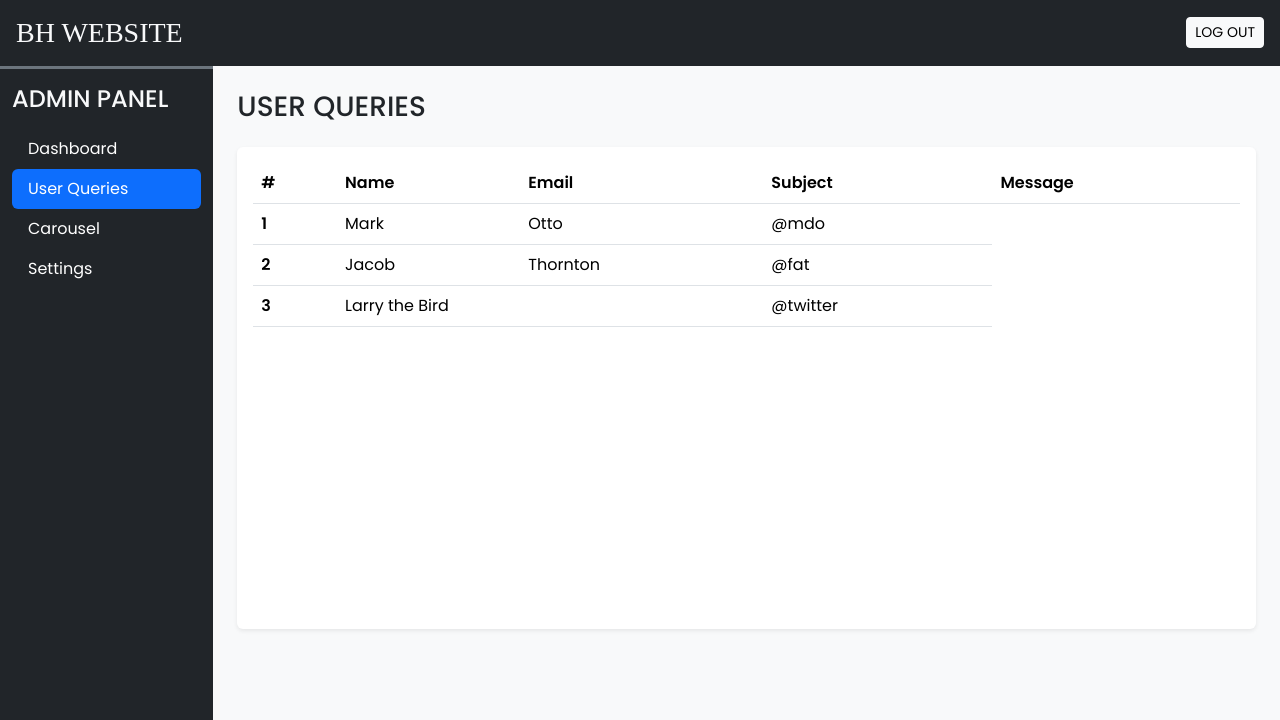
Repository: ntruong0906/desktop-tutorial
Page: http://localhost/hbwebsite/WebsiteBookingHotel/admin/user_queries.php
The author's editor kept a copy of each file at every save. The page is drawn from the files as they stood at one save, then again after the next save.
The browser window is 1280 px wide. The pictures show the whole page.
Some web fonts or font styles are not loaded; a fallback is used. The page is run by PHP 8.4 with error messages shown; the project is at /var/www/html/. The session is filled in as if someone had signed in: {"adminLogin": true, "adminId": 1}. Other server files are loaded and not shown.

Above is the page before, as saved 2024-05-06 22:47:48.

### WebsiteBookingHotel/admin/user_queries.php
<?php
require ('inc/essentials.php');
require ('inc/db_config.php');
adminLogin();

?>

<!DOCTYPE html>
<html lang="en">

<head>
    <meta charset="UTF-8">
    <meta http-equiv="X-UA-Compatible" content="IE-edge">
    <meta name="viewport" content="width=device-width, initial-scale=1.0">
    <title>Admin Panel - User Queries</title>
    <?php require ('inc/links.php'); ?>
</head>
<style>
.custom-alert {
    position: fixed;
    top: 80px;
    right: 25px;
}

#dashboard-menu {
    position: fixed;
    height: 100%;
}
</style>

<body class="bg-light">

    <?php require ('inc/header.php'); ?>

    <div class="container-fluid" id="main-content">
        <div class="row">
            <div class="col-lg-10 ms-auto p-4 overflow-hidden">
                <h3 class="mb-4">USER QUERIES</h3>

                <!--Carousel section -->
                <div class="card border-0 shadow-sm mb-4">
                    <div class="card-body">
                        <div class="table-responsive-md " style="height: 450px; overflow-y: scroll; ">
                            <table class="table table-hover">
                                <thead class="sticky-top">
                                    <tr class="bg-dark text-light">
                                        <th scope="col">#</th>
                                        <th scope="col">Name</th>
                                        <th scope="col">Email</th>
                                        <th scope="col">Subject</th>
                                        <th scope="col">Message</th>
                                    </tr>
                                </thead>
                                <tbody>
                                    <tr>
                                        <th scope="row">1</th>
                                        <td>Mark</td>
                                        <td>Otto</td>
                                        <td>@mdo</td>
                                    </tr>
                                    <tr>
                                        <th scope="row">2</th>
                                        <td>Jacob</td>
                                        <td>Thornton</td>
                                        <td>@fat</td>
                                    </tr>
                                    <tr>
                                        <th scope="row">3</th>
                                        <td colspan="2">Larry the Bird</td>
                                        <td>@twitter</td>
                                    </tr>
                                </tbody>
                            </table>
                        </div>
                    </div>
                </div>
            </div>
        </div>
    </div>

    <?php require ('inc/scripts.php'); ?>
</body>

</html>

### WebsiteBookingHotel/admin/inc/essentials.php
<?php

define ('SITE_URL','http://127.0.0.1/hbwebsite/');
define ('ABOUT_IMG_PATH',SITE_URL.'images/about/');
define ('CAROUSEL_IMG_PATH',SITE_URL.'images/carousel/');



define ('UPLOAD_IMAGE_PATH',$_SERVER['DOCUMENT_ROOT'].'/hbwebsite/images/');
define ('ABOUT_FOLDER','about/');
define ('CAROUSEL_FOLDER','carousel/');
function adminLogin()
{
    session_start();
    if (!isset($_SESSION['adminLogin']) && $_SESSION['adminLogin'] == true) {
        echo "<script>
            window.location.href='index.php';
        </script>";
    }

}
function redirect($url)
{
    echo "<script>
            window.location.href='$url';
        </script>";
}

function alert($type, $msg)
{
    $bs_class = ($type == "success") ? "alert-success" : "alert-danger";
    echo <<<alert
                <div class="alert $bs_class alert-dismissible fade show custom-alert" role="alert">
                    <strong class="me-3">$msg</strong>
                    <button type="button" class="btn-close" data-bs-dismiss="alert" aria-label="Close"></button>
                </div>
            alert;
}

function uploadImage($image,$folder){
    $valid_mime = ['image/jpeg','image/pnp','image/webp'];
    $img_mime = $image['type'];
    if(!in_array($img_mime,$valid_mime)){
        return 'ivn_img';
    }else if(($image['size']/(1024*1024))> 2){
        return 'ivn_size';
    }else{
        $ext = pathinfo($image['name'],PATHINFO_EXTENSION);
        $rname = 'IMG_'.random_int(11111,99999).".$ext";
        $img_path = UPLOAD_IMAGE_PATH.$folder.$rname;
        if(move_uploaded_file($image['tmp_name'],$img_path)){
            return $rname;
        }
        else{
            return 'udp_failed';
        }
    }
}


function deleteImage($image , $folder){
    if(unlink(UPLOAD_IMAGE_PATH.$folder.$image)){
        return true;
    }else{
        return false;
    }
}
?>

### WebsiteBookingHotel/admin/inc/db_config.php
<?php
$hname = 'localhost';
$uname = 'root';
$pass = "";
$db = "hbwebsite";

$con = mysqli_connect($hname, $uname, $pass, $db);

if (!$con) {
    die("Cannot Connect to Database" . mysqli_connect_error());
}

function filteration($data)
{
    foreach ($data as $key => $value) {
        $value = trim($value);
        $value = stripcslashes($value);
        $value = strip_tags($value);
        $value = htmlspecialchars($value);
        $data[$key] = $value;
    }
    return $data;
}

function selectAll($table){
    $con = $GLOBALS['con'];
    $res = mysqli_query($con,"SELECT * FROM $table");
    return $res;
}
function select($sql, $values, $datatype)
{
    $con = $GLOBALS['con'];
    if ($stmt = mysqli_prepare($con, $sql)) {
        mysqli_stmt_bind_param($stmt, $datatype,...$values);
        if (mysqli_stmt_execute($stmt)) {
            $res = mysqli_stmt_get_result($stmt);
            mysqli_stmt_close($stmt);
            return $res;
        } else {
            mysqli_stmt_close($stmt);
            die("Query cannot be excuted - Select");
        }
    } else {
        die("Query cannot be executed - Select");
    }
}

function update($sql, $values, $datatypes)
{
    $con = $GLOBALS['con'];
    if ($stmt = mysqli_prepare($con, $sql)) {
        mysqli_stmt_bind_param($stmt, $datatypes,...$values);
        if (mysqli_stmt_execute($stmt)) {
            $res = mysqli_stmt_affected_rows($stmt);
            mysqli_stmt_close($stmt);
            return $res;
        } else {
            mysqli_stmt_close($stmt);
            die("Query cannot be executed - Update");
        }
    } else {
        die("Query cannot be executed - Update");
    }
}

function insert($sql, $values, $datatypes)
{
    $con = $GLOBALS['con'];
    if ($stmt = mysqli_prepare($con, $sql)) {
        mysqli_stmt_bind_param($stmt, $datatypes,...$values);
        if (mysqli_stmt_execute($stmt)) {
            $res = mysqli_stmt_affected_rows($stmt);
            mysqli_stmt_close($stmt);
            return $res;
        } else {
            mysqli_stmt_close($stmt);
            die("Query cannot be executed - Insert");
        }
    } else {
        die("Query cannot be executed - Insert");
    }
}

function delete($sql, $values, $datatypes)
{
    $con = $GLOBALS['con'];
    if ($stmt = mysqli_prepare($con, $sql)) {
        mysqli_stmt_bind_param($stmt, $datatypes,...$values);
        if (mysqli_stmt_execute($stmt)) {
            $res = mysqli_stmt_affected_rows($stmt);
            mysqli_stmt_close($stmt);
            return $res;
        } else {
            mysqli_stmt_close($stmt);
            die("Query cannot be executed - Delete");
        }
    } else {
        die("Query cannot be executed - Delete");
    }
}
?>

### WebsiteBookingHotel/admin/inc/links.php
<link href="https://cdn.jsdelivr.net/npm/bootstrap@5.3.3/dist/css/bootstrap.min.css" rel="stylesheet"
    integrity="sha384-QWTKZyjpPEjISv5WaRU9OFeRpok6YctnYmDr5pNlyT2bRjXh0JMhjY6hW+ALEwIH" crossorigin="anonymous">
<link href="https://fonts.googleapis.com/css2?family=Merienda:wght@400;700&family=Poppins:wght@400;500;600&display=swap"
    rel="stylesheet">
<link rel="stylesheet" href="https://cdn.jsdelivr.net/npm/bootstrap-icons@1.11.3/font/bootstrap-icons.min.css">
<link rel="stylesheet" href="css/common.css">

### WebsiteBookingHotel/admin/inc/header.php
<div class="container-fluid bg-dark text-light p-3 d-flex align-items-center justify-content-between sticky-top">
    <h3 class="mb-0 h-font">BH WEBSITE</h3>
    <a href="logout.php" class="btn btn-light btn-sm">LOG OUT</a>
</div>

<div class="col-lg-2 bg-dark border-top border-3 border-secondary " id="dashboard-menu">
    <nav class="navbar navbar-expand-lg navbar-dark">
        <div class="container-fluid flex-lg-column align-items-stretch">
            <h4 class="mt-2 text-light">ADMIN PANEL</h4>
            <button class="navbar-toggler shadow-none" type="button" data-bs-toggle="collapse"
                data-bs-target="#adminDropdown" aria-controls="navbarNav" aria-expanded="false"
                aria-label="Toggle navigation">
                <span class="navbar-toggler-icon"></span>
            </button>
            <div class="collapse navbar-collapse flex-column align-items-stretch mt-2" id="adminDropdown">

                <ul class="nav nav-pills flex-column">
                    <li class="nav-item">
                        <a class="nav-link text-white" href="dashboard.php">Dashboard</a>
                    </li>
                    <li class="nav-item">
                        <a class="nav-link text-white" href="user_queries.php">User Queries</a>
                    </li>
                    <li class="nav-item">
                        <a class="nav-link text-white" href="carousel.php">Carousel</a>
                    </li>
                    <li class="nav-item">
                        <a class="nav-link text-white" href="settings.php
                            ">Settings</a>
                    </li>
                </ul>
            </div>
        </div>
        <nav>
</div>

### WebsiteBookingHotel/admin/inc/scripts.php
<script src="https://cdn.jsdelivr.net/npm/bootstrap@5.3.3/dist/js/bootstrap.bundle.min.js"
    integrity="sha384-YvpcrYf0tY3lHB60NNkmXc5s9fDVZLESaAA55NDzOxhy9GkcIdslK1eN7N6jIeHz" crossorigin="anonymous">
</script>

<script>
function alert(type, msg) {
    let bs_class = (type == 'success') ? 'alert-success' : 'alert-danger';
    let element = document.createElement('div');
    element.innerHTML = `
                <div class="alert ${bs_class} alert-dismissible fade show custom-alert" role="alert">
                        <strong class="me-3">${msg}</strong>
                        <button type="button" class="btn-close" data-bs-dismiss="alert" aria-label="Close"></button>
                </div>
                `;
    document.body.append(element);
}

function setActive() {
    let navbar = document.getElementById('dashboard-menu');
    let a_tags = navbar.getElementsByTagName('a');
    for (i = 0; i < a_tags.length; i++) {
        let file = a_tags[i].href.split('/').pop();
        let file_name = file.split('.')[0];
        if (document.location.href.indexOf(file_name) >= 0) {
            a_tags[i].classList.add('active')
        }
    }
}
setActive();
</script>

### WebsiteBookingHotel/admin/css/common.css
:root{
    --teal: #2ec1ac;
    --teal_hover: #279e8c;
}

* {
    font-family: 'Poppins', sans-serif;
}

.h-font {
    font-family: 'Merienda', cursive;
}

input::-webkit-outer-spin-button,
input::-webkit-inner-spin-button {
    -webkit-appearance: none;
    margin: 0;
}

/* input[type=number] {
    -moz-appearance: textfield;
} */

.custom-bg {
    background-color: var(--teal);
    border: 1px solid var(--teal);
}

.custom-bg:hover {
    background-color: var(--teal_hover);
    border-color: var(--teal_hover);
}

.availability-form {
    margin-top: -50px;
    z-index: 2;
    position: relative;
}
.h-line{
    width: 150px ;
    margin: 0 auto;
    height: 1.7px;
}

.custom-alert{
    position: fixed;
    top: 80px;
    right: 25px;
}
#dashboard-menu{
    position:fixed;
    height: 100%;
    z-index: 11;
}

@media screen and (max-width :991px){
    #dashboard-menu{
        height: auto;
        width: 100%;
    }
    #main-content{
        margin-top: 60px;
    }
}

After the next save:
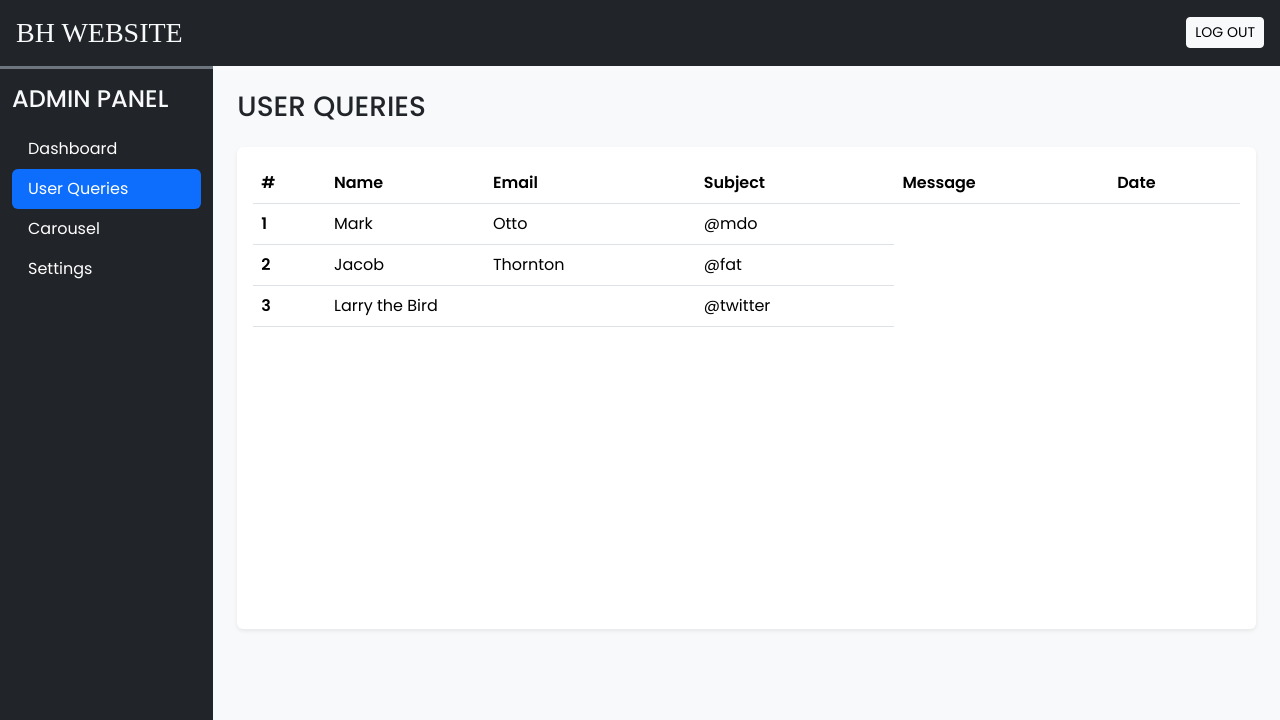
Saved 3 min 12 s later.
--- a/WebsiteBookingHotel/admin/user_queries.php
+++ b/WebsiteBookingHotel/admin/user_queries.php
@@ -49,6 +49,7 @@ adminLogin();
                                         <th scope="col">Email</th>
                                         <th scope="col">Subject</th>
                                         <th scope="col">Message</th>
+                                        <th scope="col">Date</th>
                                     </tr>
                                 </thead>
                                 <tbody>
